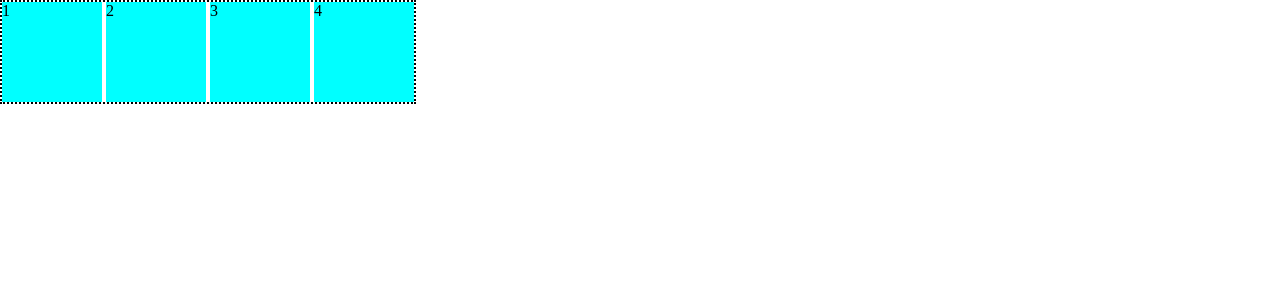
Repository: Daniel009980/daniel0099980
Page: position/index.html
The author's editor kept a copy of each file at every save. The page is drawn from the files as they stood at one save, then again after the next save.
The browser window is 1280 px wide. The pictures show the whole page.

Above is the page before, as saved 2022-09-18 22:58:02.

### position/index.html
<!DOCTYPE html>
<html lang="en">
<head>
    <meta charset="UTF-8">
    <meta http-equiv="X-UA-Compatible" content="IE=edge">
    <meta name="viewport" content="width=device-width, initial-scale=1.0">
    <title>Document</title>
    <link rel="stylesheet" href="./style.css">
</head>
<body>
    <div class="parent">
        <div class="box" id="one">1</div>
        <div class="box" id="two">2</div>
        <div class="box" id="three">3</div>
        <div class="box" id="four">4</div>
    </div>
</body>
</html>

### position/style.css
*{
    margin: 0;
    padding: 0;
    box-sizing: border-box;
}

.parent{
    border: 2px black dotted;
    display: inline-block;
}

.box{
    display: inline-block;
    background-color: aqua;
    width: 100px;
    height: 100px;
}

After the next save:
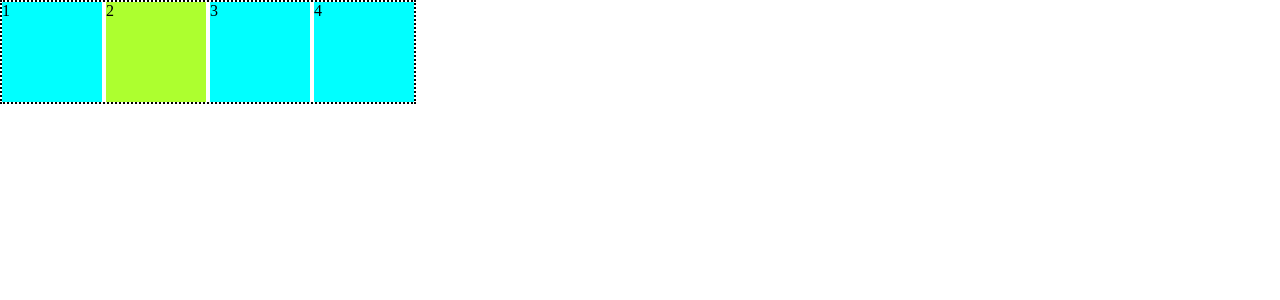
Saved 57 s later.
--- a/position/style.css
+++ b/position/style.css
@@ -15,3 +15,7 @@
     width: 100px;
     height: 100px;
 }
+
+#two{
+    background-color: greenyellow;
+}
